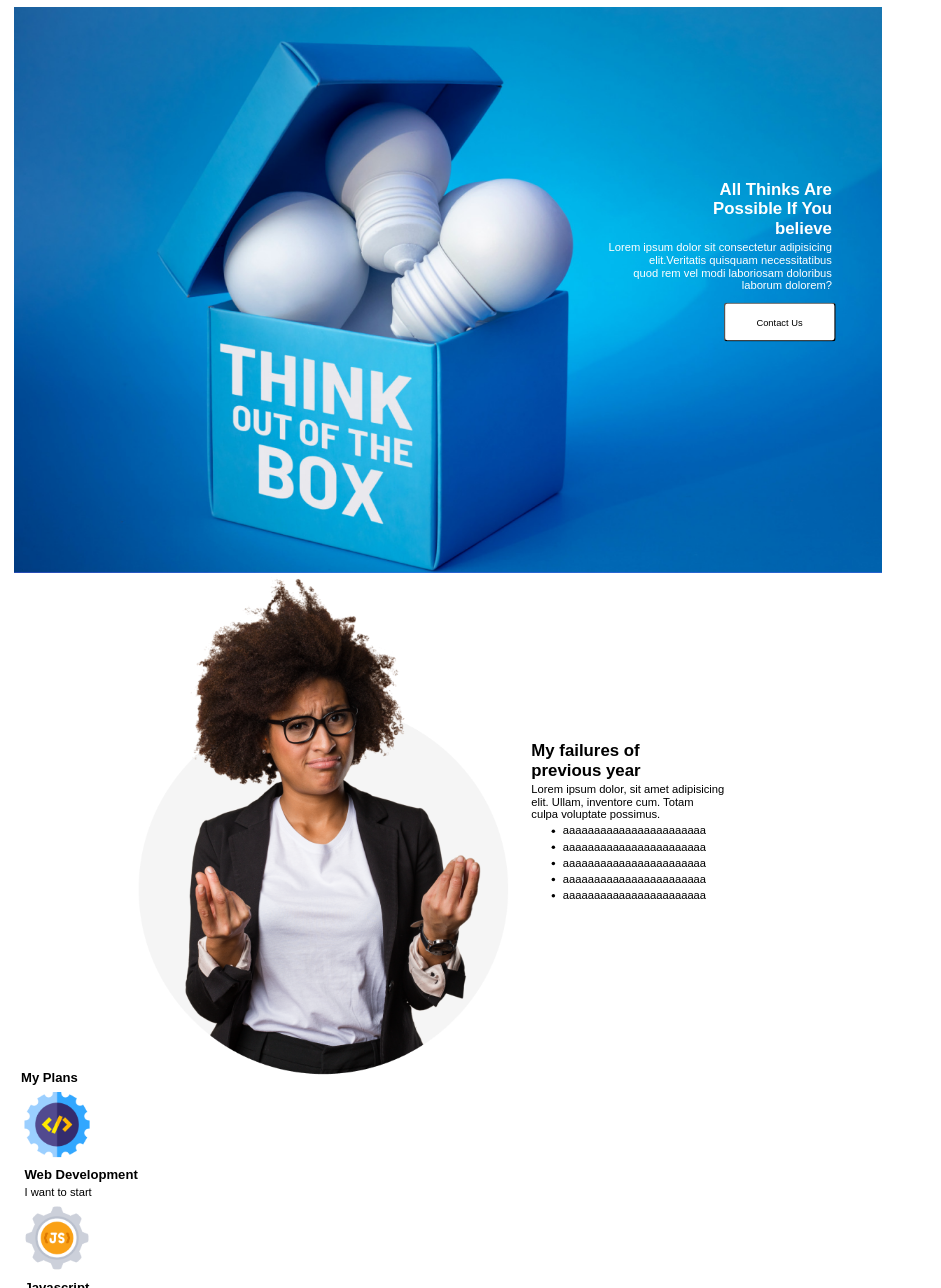
Repository: sadiaafsana138/All-Thinks-Are-Possible-Website
Page: index.html
An editor plug-in stored every save of this project. The page is shown before and after the next save, followed by the edit.
The browser window is 1280 px wide. The page is 1344 px wide, so the pictures cover 1344 px, including what lies to the right of the window. The pictures show the part of the page from y = 0 to 1840 px (the page is 3446 px tall), at 70% of full size.

Above is the page before, as saved 2023-01-08 10:31:00.

### index.html
<!DOCTYPE html>
<html lang="en">

<head>
    <meta charset="UTF-8">
    <meta http-equiv="X-UA-Compatible" content="IE=edge">
    <meta name="viewport" content="width=device-width, initial-scale=1.0">
    <title>First Website</title>
    <link rel="stylesheet" href="styles/web.css">
</head>

<body>
    <!-- header -->
    <header>
        <section class="section1">
            <div>
                <h1 id="head-text1">
                    All Thinks Are<br>Possible If You<br>believe
                </h1>
                <p id="head-text2" >Lorem ipsum dolor sit consectetur adipisicing<br>elit.Veritatis quisquam necessitatibus <br>quod rem vel modi laboriosam doloribus<br>laborum dolorem?
                </p>
                <button id="button1">
                    Contact Us
                </button>
            </div>
        </section>
    </header>
    <main>
        <!--second section-->
        <section class="section2">
            <div id="sec2details">
                <img src="images/person.png" alt="person">
                <div id="sec2text">
                    <h2>
                        My failures of <br>
                        previous year
                    </h2>
                    <p>
                        Lorem ipsum dolor, sit amet adipisicing <br>
                        elit. Ullam, inventore cum. Totam <br>
                        culpa voluptate possimus.
                    </p>
                    <ul>
                        <li>aaaaaaaaaaaaaaaaaaaaaaa</li>
                        <li>aaaaaaaaaaaaaaaaaaaaaaa</li>
                        <li>aaaaaaaaaaaaaaaaaaaaaaa</li>
                        <li>aaaaaaaaaaaaaaaaaaaaaaa</li>
                        <li>aaaaaaaaaaaaaaaaaaaaaaa</li>
                    </ul>
                </div>
            </div>
        </section>

        <!--section 3-->
        <section>
            <div>
                <h3>
                    My Plans
                </h3>
                <div>
                    <img src="images/icons/web.png" alt=""><br>
                    <H3>Web Development</H3>
                    <p>I want to start</p>
                </div>
                <div>
                    <img src="images/icons/js.png" alt=""><br>
                    <H3>Javascript</H3>
                    <p>I want to learn</p>
                </div>
                <div>
                    <img src="images/icons/smoke.png" alt=""><br>
                    <H3>smoking habit</H3>
                    <p>I want to end</p>
                </div>
                <div>
                    <img src="images/icons/ecom.png" alt=""><br>
                    <H3>E-commerce</H3>
                    <p>I want to develop</p>
                </div>
            </div>
            <div>
                <img src="images/watch.png" alt="">
                <img src="images/gradient1.png" alt="">
                <div>
                    <h3>Always Keep positive Mindset</h3><br>
                    <button>Call now</button>
                </div>
            </div>
        </section>

    </main>
    <footer>
        <Section>
            <div>
                <h2>Future</h2><br>
                <p>Lorem ipsum dolor sit amet consectetur adipisicing elit. Totam ullam accusamus sequi dolor dolores,
                    suscipit dignissimos aut doloribus officiis explicabo distinctio dolore, quo perspiciatis odio magni
                    at tempore neque reiciendis.
                </p><br>
                <p>Email: XXXXXX@gmail.com</p><br>
                <P>phone-no: 01516656595</P><br>
                <ul>
                    <li><img src="images/icons/fb.png" alt=""></li>
                    <li><img src="images/icons/youtube.png" alt=""></li>
                    <li><img src="images/icons/twitter.png" alt=""></li>
                </ul>
            </div>
            <div>
                <h3>subscribe</h3><br>
                <input type="email" plavceholder="Enter Your Email"><br>
                <button>subscribe here</button>
            </div>
        </Section>
    </footer>
</body>

</html>

### styles/web.css
*{
margin: 5px 5px ;
font-family: Arial, Helvetica, sans-serif;
}
.section1{
    background-image:url(../images/banner/banner3.png);
    height: 808px;
    width:cover;
    background-repeat: no-repeat;
    background-color: blue;

}
#head-text1{
    color: white;
    padding-left: 50% ;
    padding-right:5%;
    padding-top: 20%;
    text-align: right;
    Font-style: Bold;
}
#head-text2{
    color: white;
    padding-left: 50% ;
    padding-right:5%;
    text-align: right;
}
#button1{
    margin-top: 10px;
    width: 160px;
    height: 56px;
    left: 640px;
    top: 438px;
    text-align: center;
    align-items: right;
    background: white;
    border-radius: 5px;
    margin-right: 150px;
    margin-left: 82%;
    align-content: right;
}
#sec2details{
    display: flex;
    width: 1000px;
    height: 700px;
    margin-left: 150px;
margin-right: 150px;
 align-items: center;

}

After the next save:
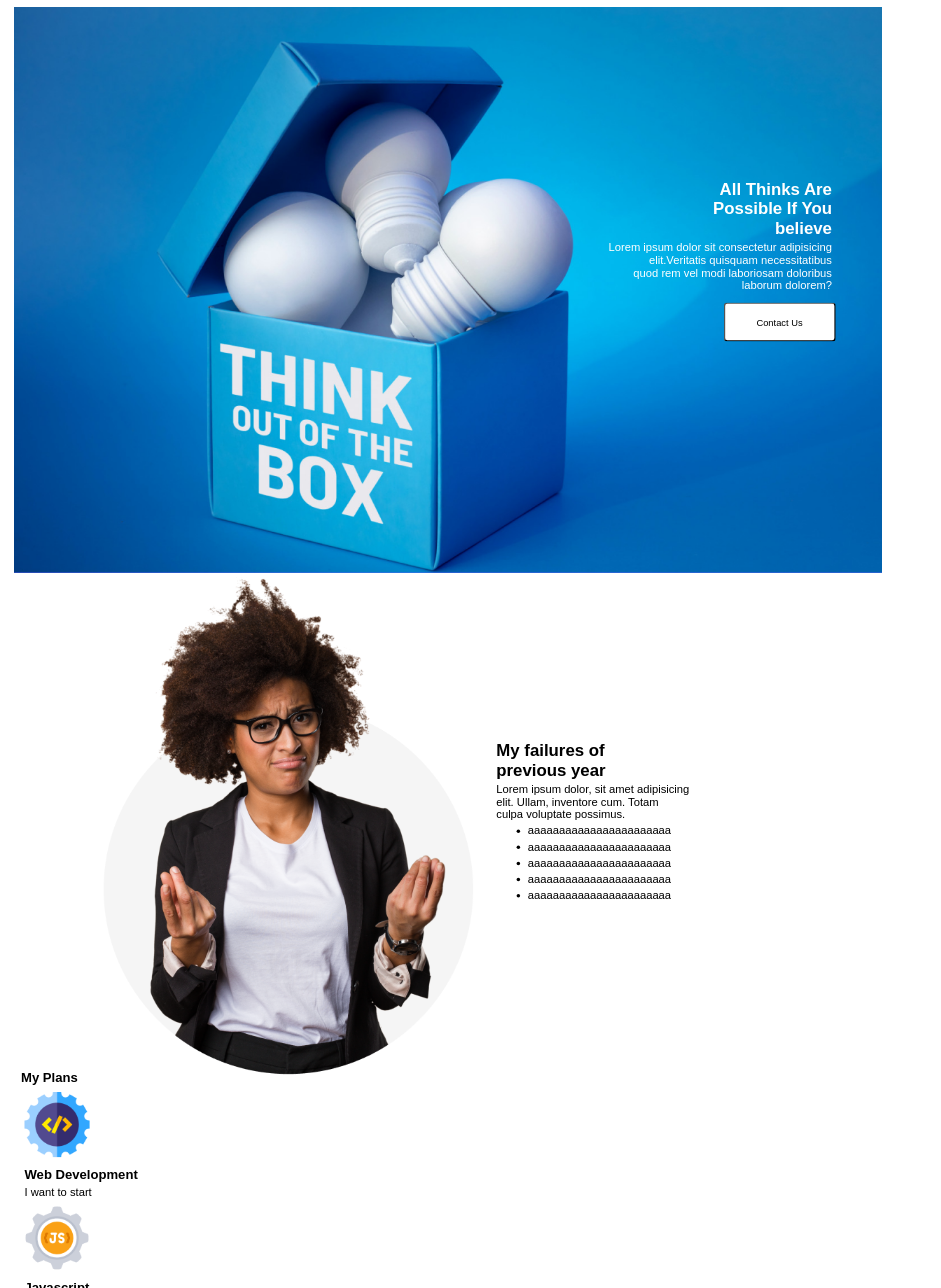
Saved 23 s later.
--- a/styles/web.css
+++ b/styles/web.css
@@ -42,8 +42,8 @@ font-family: Arial, Helvetica, sans-serif;
     display: flex;
     width: 1000px;
     height: 700px;
-    margin-left: 150px;
-margin-right: 150px;
+    margin-left: 100px;
+margin-right: 100px;
  align-items: center;
 
 }
